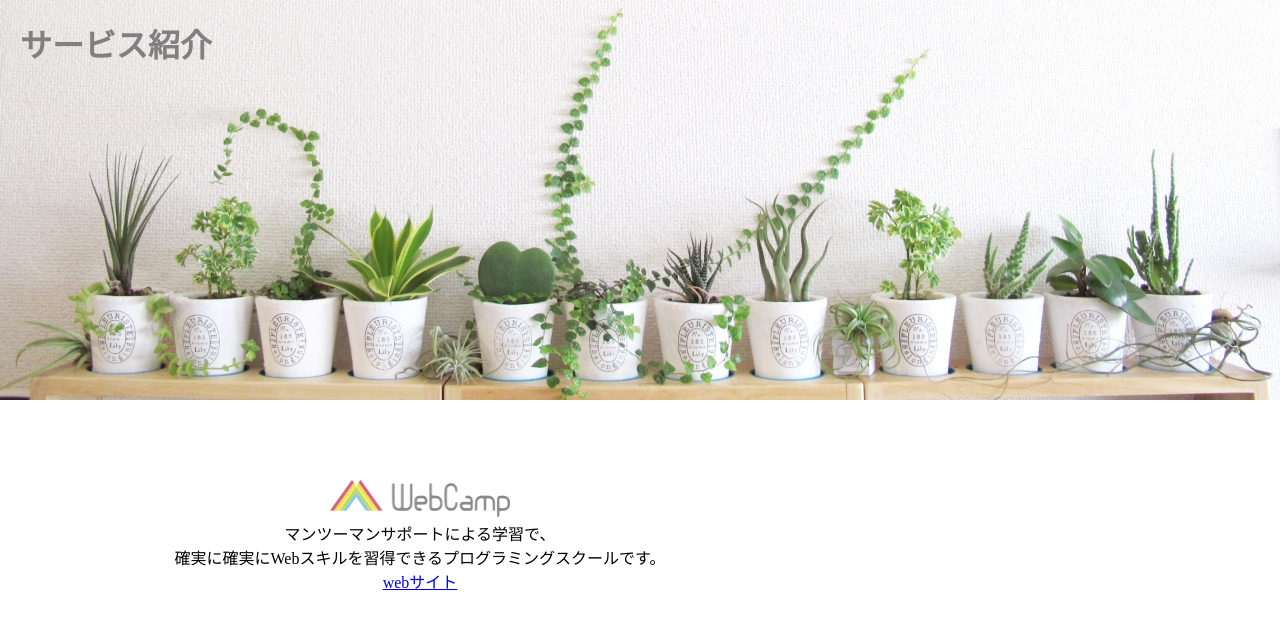
Repository: ryosei-110/HTML-CSS-
Page: 1-7exercise/1-7.html
The author's editor kept a record of every edit. The page is drawn from the files as they stood at one moment, then again after the next edit.
The browser window is 1280 px wide. The pictures show the whole page.

Above is the page before.

After the next edit:
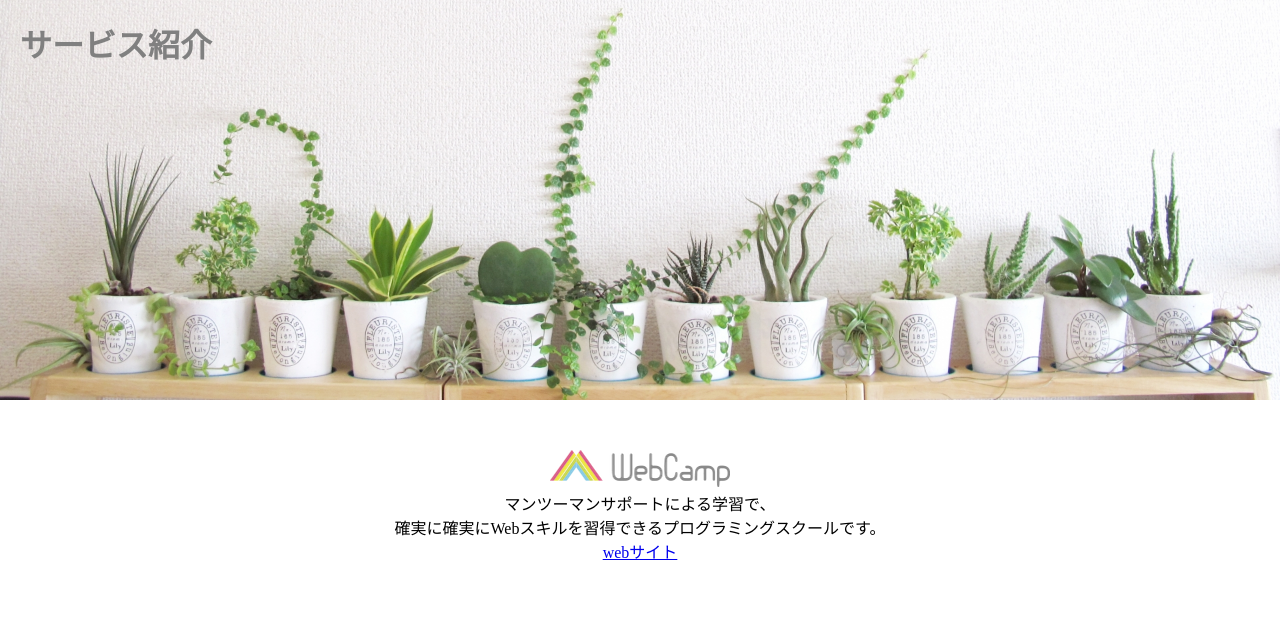
The edit:
--- a/1-7exercise/1-7.css
+++ b/1-7exercise/1-7.css
@@ -25,7 +25,12 @@
 text-align: center;
 }
 
-.main-item {
-  width: 840px;
-  padding: 30px;
+.main-item1 {
+  padding-bottom: 30px;
+  border-bottom: 8px solid gray;
 }
+
+.main-item2 {
+  padding: 30px 0;
+  border-bottom: 2px solid gray;
+}
